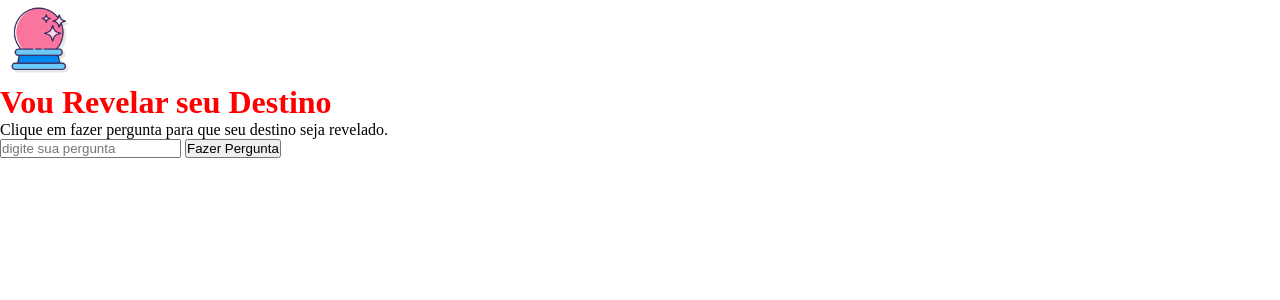
Repository: guilhermecardoso93/nlwexplorer
Page: index.html
The author's editor kept a copy of each file at every save. The page is drawn from the files as they stood at one save, then again after the next save.
The browser window is 1280 px wide. The pictures show the whole page.

Above is the page before, as saved 2022-06-08 23:32:04.

After the next save:
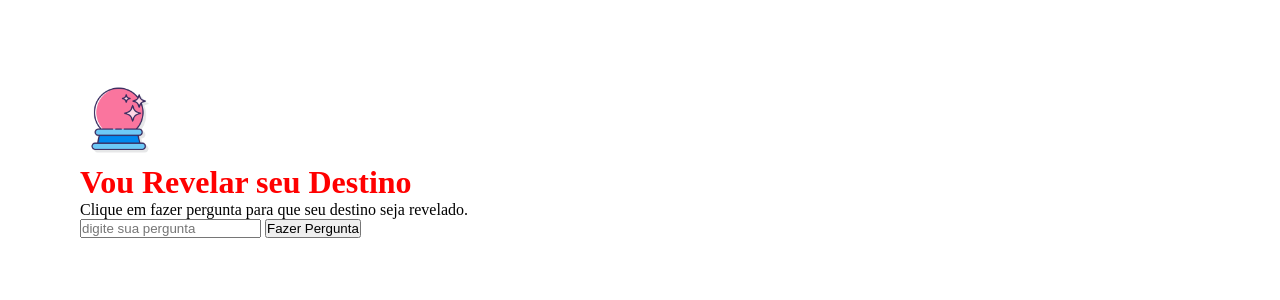
Saved 5 s later.
--- a/styles.css
+++ b/styles.css
@@ -8,7 +8,7 @@
 }
 
 main .principal{
-  margin: auto;
+  margin: 5rem;
 }
 
 h1 {
